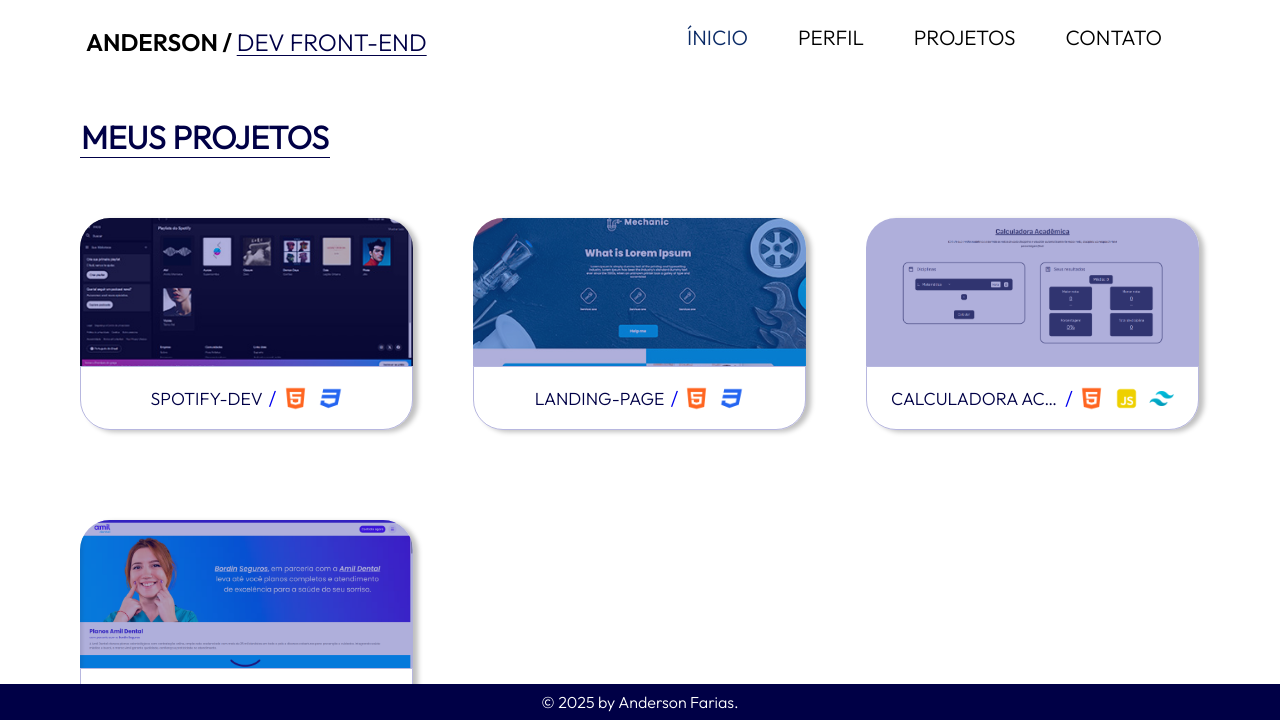
Repository: AndersonGSFarias/Portfolio
Page: html/projects.html
An editor plug-in stored every save of this project. The page is shown before and after a run of saves, followed by the edit.
The browser window is 1280 px wide. The pictures show the whole page.
An inner scrolling area shows only its first screen.

Above is the page before, as saved 2025-09-16 21:25:26.

### html/projects.html
<!DOCTYPE html>
<html lang="pt-BR">
  <head>
    <meta charset="UTF-8" />
    <meta name="viewport" content="width=device-width, initial-scale=1.0" />
    <meta name="keywords" content="html, css, js" />
    <meta name="description" content="Portfolio do desenvolvedor front-end Anderson" />
    <meta name="author" content="Anderson Farias" />
    <title>Portfolio - Projetos</title>
    <link rel="shortcut icon" href="../img/favicon/ag-logo.ico" type="image/x-icon" />
    <link rel="stylesheet" href="../css/reset.css" />
    <link rel="stylesheet" href="../css/projects-page.css" />
  </head>
  <body onload="document.body.classList.add('loaded')">
    <div class="page-reset">
      <!-- Cabecalho -->
      <header>
        <!-- Barra de Navegacao-->
        <nav aria-label="Navegação principal">
          <!-- Titulo -->
          <a class="title" rel="prefetch" href="../index.html">
            <span class="name">Anderson /</span>
            <span class="second-name">Dev Front-End</span>
          </a>
          <!-- Botao de menu-->
          <div class="mobile-menu" role="button" aria-label="Abrir menu" aria-expanded="false" aria-controls="nav-menu">
            <img class="menu-icon" src="../img/icons/hamburguer.png" alt="menu-icon" />
          </div>
          <!-- Lista do Menu-->
          <ul class="nav-list">
            <li class="list-option"><a id="index-option" rel="prefetch" href="../index.html">Ínicio</a></li>
            <li class="list-option"><a href="../index.html#profile-section">Perfil</a></li>
            <li class="list-option">
              <a href="projects.html">Projetos</a>
            </li>
            <li class="list-option">
              <a href="../index.html#contact-section">Contato</a>
            </li>
          </ul>
        </nav>
      </header>
      <main id="galery-projects-page">
        <div id="galery-section" class="galery-container">
          <section aria-label="Titulo da Galeria" class="text-container-galery">
            <div class="text-box">
              <div class="title-box">
                <h1>Meus projetos</h1>
              </div>
              <div class="content-text">
                <p>
                  Conheça meu trabalho! Aqui tem alguns dos meus principais projetos. <br />
                  Fique a vontade para acessar e conhecer cada um deles
                </p>
              </div>
            </div>
          </section>
          <section aria-label="Galeria de projetos" class="galery">
            <a class="galery" rel="noopener noreferrer" target="_blank" href="https://andersongsfarias.github.io/meu-spotify/">
              <article class="project-box">
                <div class="project-top">
                  <img src="../img/projects/spotify-project.jpg" alt="Spotify Dev  - Interface visual" />
                  <div class="overlay"></div>
                </div>
                <div class="project-bottom">
                  <p>Spotify-Dev</p>
                  <span>/</span>
                  <div class="technologys">
                    <img class="technology-used" src="../img/technology-icons/html5.png" alt="Ícone da tecnologia HTML5" />
                    <img class="technology-used" src="../img/technology-icons/css3.png" alt="Ícone da tecnologia CSS3" />
                  </div>
                </div>
              </article>
            </a>
            <a class="galery" rel="noopener noreferrer" target="_blank" href="https://andersongsfarias.github.io/mechanic-page/">
              <article class="project-box">
                <div class="project-top">
                  <img src="../img/projects/mechanic-page-projects.jpg" alt="Landing Page  - Interface visual" />
                  <div class="overlay"></div>
                </div>
                <div class="project-bottom">
                  <p>Landing-Page</p>
                  <span>/</span>
                  <div class="technologys">
                    <img class="technology-used" src="../img/technology-icons/html5.png" alt="Ícone da tecnologia HTML5" />
                    <img class="technology-used" src="../img/technology-icons/css3.png" alt="Ícone da tecnologia CSS3" />
                  </div>
                </div>
              </article>
            </a>
            <a class="galery" rel="noopener noreferrer" target="_blank" href="https://gpa-calculator-tailwind.vercel.app/">
              <article class="project-box">
                <div class="project-top">
                  <img src="../img/projects/gpa-calculator.png" alt="Calculadora de Média Academica" />
                  <div class="overlay"></div>
                </div>
                <div class="project-bottom">
                  <p>Calculadora Academica</p>
                  <span>/</span>
                  <div class="technologys">
                    <img class="technology-used" src="../img/technology-icons/html5.png" alt="Ícone da tecnologia HTML5" />
                    <img class="technology-used" src="../img/technology-icons/javascript.png" alt="Ícone da tecnologia JavaScript" />
                    <img class="technology-used" src="../img/technology-icons/tailwind.png" alt="Ícone da tecnologia TailwindCSS" />
                  </div>
                </div>
              </article>
            </a>

            <a class="galery" rel="noopener noreferrer" target="_blank" href="https://amil-dental-bordin.vercel.app/">
              <article class="project-box">
                <div class="project-top">
                  <img src="../img/projects/amil-dental-bordin-project.png" alt="Amil Dental" />
                  <div class="overlay"></div>
                </div>
                <div class="project-bottom">
                  <p>Amil Dental</p>
                  <span>/</span>
                  <div class="technologys">
                    <img class="technology-used" src="../img/technology-icons/html5.png" alt="Ícone da tecnologia HTML5" />
                    <img class="technology-used" src="../img/technology-icons/javascript.png" alt="Ícone da tecnologia JavaScript" />
                    <img class="technology-used" src="../img/technology-icons/tailwind.png" alt="Ícone da tecnologia TailwindCSS" />
                  </div>
                </div>
              </article>
            </a>
          </section>
        </div>
      </main>
      <!-- Rodapé -->
      <footer class="footer-container">
        <div><a rel="noopener noreferrer" href="https://www.linkedin.com/in/anderson-gabriel-b86b84219/">&copy; 2025 by Anderson Farias.</a></div>
      </footer>
    </div>
    <script src="https://unpkg.com/scrollreveal"></script>
    <script src="../js/script.js"></script>
  </body>
</html>

### css/reset.css
@charset "UTF-8";

/* Reset CSS */
html,
body,
div,
span,
applet,
object,
iframe,
h1,
h2,
h3,
h4,
h5,
h6,
p,
blockquote,
pre,
a,
abbr,
acronym,
address,
big,
cite,
code,
del,
dfn,
em,
img,
ins,
kbd,
q,
s,
samp,
small,
strike,
strong,
sub,
sup,
tt,
var,
b,
u,
i,
center,
dl,
dt,
dd,
ol,
ul,
li,
fieldset,
form,
label,
legend,
table,
caption,
tbody,
tfoot,
thead,
tr,
th,
td,
article,
aside,
canvas,
details,
embed,
figure,
figcaption,
footer,
header,
hgroup,
menu,
nav,
output,
ruby,
section,
summary,
time,
mark,
audio,
video {
  margin: 0;
  padding: 0;
  border: 0;
  font-size: 100%;
  font-family: "Outfit-Light";
  vertical-align: baseline;
}

/* HTML5 display-role reset for older browsers */
article,
aside,
details,
figcaption,
figure,
footer,
header,
hgroup,
menu,
nav,
section {
  display: block;
}

ol,
ul {
  list-style: none;
}

blockquote,
q {
  quotes: none;
}

blockquote:before,
blockquote:after,
q:before,
q:after {
  content: "";
  content: none;
}

table {
  border-collapse: collapse;
  border-spacing: 0;
}

button {
  border: none;
  font-family: "Outfit-Regular";
}

i,
a {
  font-style: normal;
  text-decoration: none;
}

@font-face {
  font-family: "Outfit-Regular";
  src: url(../fonts/outfit/static/Outfit-Regular.ttf) format(truetype);
  font-weight: normal;
  font-style: normal;
}

@font-face {
  font-family: "Outfit";
  src: url(../fonts/outfit/static/Outfit-Regular.ttf) format(truetype);
  font-weight: normal;
  font-style: normal;
}

@font-face {
  font-family: "Outfit-SemiBold";
  src: url(../fonts/outfit/static/Outfit-SemiBold.ttf) format(truetype);
  font-weight: bold;
  font-style: normal;
}

@font-face {
  font-family: "Outfit-Bold";
  src: url(../fonts/outfit/static/Outfit-Bold.ttf) format(truetype);
  font-weight: bold;
  font-style: normal;
}

@font-face {
  font-family: "Outfit-Light";
  src: url(../fonts/outfit/static/Outfit-Light.ttf) format(truetype);
  font-weight: 100;
  font-style: normal;
}

### css/projects-page.css
/* Reset da página */
main {
  flex-grow: 1;
}

.page-reset {
  display: flex;
  flex-direction: column;
  min-height: 100vh;
}

/* Faz com que a barra de scroll só apareça quando necessario */
html,
body {
  overflow-x: auto;
  overflow-y: auto;
  scroll-behavior: smooth;
}

/* Barra de navegação */
header nav {
  display: flex;
  justify-content: space-between;
  align-items: center;
  font-size: 22px;
  margin: 10px 20px;
}
/* Titulo */

header nav .title {
  white-space: normal;
  margin: 10px 0px 0px 10px;
}

.title .name,
.title .second-name {
  display: inline-block;
  text-transform: uppercase;
}

header nav .title .name {
  font-family: "Outfit-SemiBold";
  color: #000000;
}

header nav .title .second-name {
  color: #000046;
  text-decoration: underline 1px;
  text-underline-offset: 4px;
}

/* Conteudo principal */

/* Meu nome no perfil */
.img-box p {
  font-family: "Outfit-SemiBold";
  text-transform: uppercase;
  font-size: clamp(20px, 5vw, 25px);
  color: #000046;
  border-bottom: 1px solid #000046;
}

/* Titulo da caixa de texto */

.title-container h1 {
  font-size: clamp(28px, 5vw, 32px);
  text-transform: uppercase;
  color: #000046;
}
/* Efeito de digitacao */
#text-typing {
  white-space: nowrap;
  display: inline-block;
  border-right: 1px solid #000046;
  overflow: hidden;

  width: 0ch;
  animation: mark 0.7s step-end infinite, write 10s steps(11, end) infinite;
}

@keyframes mark {
  50% {
    border-right-color: transparent;
  }
}

@keyframes write {
  20% {
    width: 9.5ch;
  }
  80% {
    width: 9.5ch;
  }

  85% {
    width: 0;
  }

  115% {
    width: 9.5ch;
  }
}
/* Conteudo da caixa de texto */
.projects-btn-container a {
  text-transform: uppercase;
  color: #000;
}
/* Contatos */
.contact-box a {
  color: #000;
}

@media (min-width: 1024px) {
  /* Faz com que certos elementos do mobile não apareçam no desktop */
  header nav .mobile-menu,
  .content-container .about-me-container #projects-btn-container-mobile,
  .content-container .about-me-container .about-me .text-container #text-mobile,
  #cv-btn-container-mobile,
  .text-mobile,
  .content-text {
    display: none;
  }

  /* Cabecalho */
  header nav {
    margin: 17px 118px 0px 76px;
  }
  header nav .nav-list {
    display: flex;
    justify-content: space-between;
    width: 475px;
  }

  .name,
  .second-name {
    font-size: 1.5rem;
  }
  .list-option a {
    position: relative;
    display: inline-block;
    text-transform: uppercase;
    font-size: 1.3rem;
    color: #000;
    transition: transform 0.4s ease;
  }

  .list-option a:hover {
    transform: scale(1.2);
  }

  .list-option a::after {
    content: "";
    position: absolute;
    bottom: 0;
    left: 0;
    width: 0%;
    height: 1px;
    background-color: #000;
    transition: width 0.3s ease;
  }

  #index-option::after {
    background-color: #0b2b67;
  }

  .list-option a:hover::after {
    width: 100%;
  }

  #index-option {
    color: #0b2b67;
  }

  .name,
  .second-name {
    font-size: 1.5rem;
  }

  /* Conteudo principal */
  /* Ajuste da altura da página de projetos */
  #galery-projects-page {
    height: calc(100vh - 93px);
  }

  .galery-container {
    display: flex;
    flex-direction: column;
    margin: 0px 5rem 10rem 5rem;
  }

  .title-box {
    border-bottom: #000046 1px solid;
    margin-bottom: 20px;
    width: 250px;
    text-align: center;
    margin: 60px 0px;
  }

  .title-box h1 {
    font-family: "Outfit-Light";
    font-size: 2rem;
    text-transform: uppercase;
    color: #000046;
  }
  /* Projetos da galeria */
  .galery {
    width: 100%;
    display: grid;
    grid-template-columns: repeat(auto-fit, 333px);
    gap: 60px 60px;
    /* justify-content: center; Alinha o elemento no meio depois que tiver mais conteudo */
    margin-bottom: 30px;
  }

  .project-box {
    width: 100%;
    height: 100%;
    border-radius: 30px;
    box-shadow: 5px 2px 5px hsla(0, 0%, 0%, 0.25);
    transition: transform 0.4s ease;
  }

  .project-box:hover {
    transform: scale(1.1);
  }

  .project-top {
    position: relative;
    height: 148px;
  }

  .project-top img {
    width: 100%;
    height: 100%;
    object-fit: cover;
    display: block;
    border-radius: 30px 30px 0px 0px;
  }

  .overlay {
    position: absolute;
    top: 0;
    left: 0;
    width: 100%;
    height: 100%;
    background-color: rgba(19, 19, 149, 0.336);
    pointer-events: none;
    border-radius: 30px 30px 0px 0px;
  }

  .project-bottom {
    display: flex;
    justify-content: center;
    align-items: center;
    height: 62px;
    border: 1px solid rgba(19, 19, 149, 0.3);
    border-radius: 0px 0px 30px 30px;
  }

  .project-bottom p {
    text-transform: uppercase;
    color: #000046;
    font-size: 1.1rem;
    font-family: "Outfit-Light";

    white-space: nowrap;
    overflow: hidden;
    text-overflow: ellipsis;
    min-width: 0;
    text-align: center;
    padding-left: 1.5rem;
  }

  .project-bottom span {
    margin: 0px 6px;
    font-size: 1.3rem;
  }

  .technologys {
    display: flex;
    gap: 10px;
    padding-right: 1.5rem;
  }
  .technology-used {
    width: 25px;
  }

  .more-projects {
    display: flex;
    justify-content: end;
    margin: 16px 0px 40px 0px;
  }

  .more-projects a {
    font-family: "Outfit-Regular";
    color: #000046;
    font-size: 1.3rem;
    letter-spacing: 1;
    transition: transform 0.3s ease;
    border-bottom: #000046 1px solid;
  }
  .more-projects a:hover {
    transform: scale(1.2);
  }

  /* Rodapé */
  .footer-container {
    height: 36px;
    background-color: #000046;
    display: flex;
    justify-content: center;
    align-items: center;
    width: 100%;
  }
  .footer-container a {
    color: #fff;
    font-family: "Outfit-Light";
    margin: 0px 20px;
  }
}

/* Mobile */
@media (max-width: 1023px) {
  /* Reset da página mobile */
  html,
  body {
    overflow-x: hidden;
  }
  header {
    z-index: 1000; /* para ficar acima dos outros elementos */
  }

  .content-container {
    background-image: url(../../img/backgrund-mobile.png);
    background-size: cover;
  }
  .projects-btn-container-desktop,
  #text-desktop,
  .contacts-container-desktop,
  .rede-social-icon-box p {
    display: none; /* Faz com que certos elementos do desktop não apareçam no mobile */
  }

  .name,
  .second-name {
    font-size: 1.5rem;
  }

  .mobile-menu {
    display: flex;
    justify-items: center;
    align-content: center;
  }

  .menu-icon {
    color: #ffffff;
    width: 35px;
    padding: 10px;
    transition: transform 0.3s ease;
  }

  .menu-icon:hover {
    cursor: pointer;
  }

  .nav-list {
    position: absolute;
    top: 8.5vh;
    right: 0;
    width: 25vh;
    height: 30vh;
    background-color: rgb(0, 0, 70);
    flex-direction: column;
    align-items: center;
    justify-content: space-around;
    border-radius: 10px;
    overflow: hidden;
    max-width: 0;
    padding: 0;
    border: none;
    transition: max-width 0.3s ease, padding 0.3s ease;
  }

  .nav-list.active {
    display: flex;
    max-width: 30vh;
    margin-right: 3vh;
  }

  .nav-list li {
    display: flex;
    margin: 0px;
    opacity: 0;
  }
  .nav-list a {
    font-family: "Outfit-Regular";
    text-transform: uppercase;
    color: #ffffff;
    font-size: 0.9rem;
  }

  @keyframes navLinkFade {
    from {
      opacity: 0;
      transform: translateX(50px);
    }
    to {
      opacity: 1;
      transform: translateX(0px);
    }
  }

  .mobile-menu.active .menu-icon {
    transform: rotate(90deg);
    transition: transform 0.3s ease;
  }

  /* Galeria de projetos */
  #galery-projects-page {
    height: auto;
  }

  .galery-container {
    display: flex;
    justify-content: center;
    flex-direction: column;
    align-items: center;
    width: 100%;
  }

  /* Titulo e texto */
  .text-container-galery {
    width: 88%;
    height: 193px;
    margin-top: 30px;
  }
  .text-box {
    display: flex;
    flex-direction: column;
    align-items: center;
    width: 100%;
  }

  .title-box {
    border-bottom: #000046 1px solid;
    margin-bottom: 20px;
  }
  .title-box h1 {
    font-family: "Outfit-Light";
    font-size: 2rem;
    text-transform: uppercase;
    color: #000046;
  }
  .content-text {
    width: 350px;
  }

  .content-text p {
    font-family: "Outfit-Light";
    font-size: 1.1rem;
    margin: 0px 20px;
    text-align: center;
  }

  /* Projetos da galeria */

  .galery {
    width: 100%;
    display: grid;
    grid-template-columns: repeat(auto-fit, 333px);
    gap: 60px 60px;
    justify-content: center;
  }

  .project-box {
    width: 100%;
    height: 210px;
    border-radius: 30px;
    box-shadow: 5px 2px 5px hsla(0, 0%, 0%, 0.25);
  }

  .project-top {
    position: relative;
    height: 148px;
  }

  .project-top img {
    width: 100%;
    height: 100%;
    object-fit: cover;
    display: block;
    border-radius: 30px 30px 0px 0px;
  }

  .overlay {
    position: absolute;
    top: 0;
    left: 0;
    width: 100%;
    height: 100%;
    background-color: rgba(19, 19, 149, 0.336);
    pointer-events: none;
    border-radius: 30px 30px 0px 0px;
  }

  .project-bottom {
    display: flex;
    justify-content: center;
    align-items: center;
    height: 62px;
    border: 1px solid rgba(19, 19, 149, 0.3);
    border-radius: 0px 0px 30px 30px;
  }

  .project-bottom p,
  .project-bottom span {
    text-transform: uppercase;
    color: #000046;
    font-family: "Outfit-Light";
  }

  .project-bottom p {
    white-space: nowrap;
    overflow: hidden;
    text-overflow: ellipsis;
    min-width: 0;
    text-align: center;
    padding-left: 1.5rem;
  }

  .project-bottom span {
    margin: 0px 6px;
    font-size: 1.3rem;
  }

  .technologys {
    display: flex;
    gap: 10px;
    padding-right: 1.5rem;
  }
  .technology-used {
    width: 25px;
  }

  /* Ancora de ver mais */
  .more-projects {
    display: flex;
    justify-content: center;
    margin-bottom: 40px;
    border-bottom: #000046 1px solid;
    transition: transform 0.3s ease;
  }

  .more-projects:hover {
    transform: scale(1.2);
  }

  .more-projects a {
    font-family: "Outfit-Regular";
    color: #000046;
    font-size: 1.3rem;
    letter-spacing: 1;
  }
  /* Rodapé */
  .footer-container {
    display: flex;
    justify-content: space-around;
    align-items: center;
    width: 100%;
    height: 56px;
    background-color: #000046;
    margin-top: 60px;
  }
  .footer-container a {
    color: #fff;
    font-family: "Outfit-Light";
  }
}

Loaded but not shown: js/script.js (308 lines, source omitted)

After the next 3 saves:
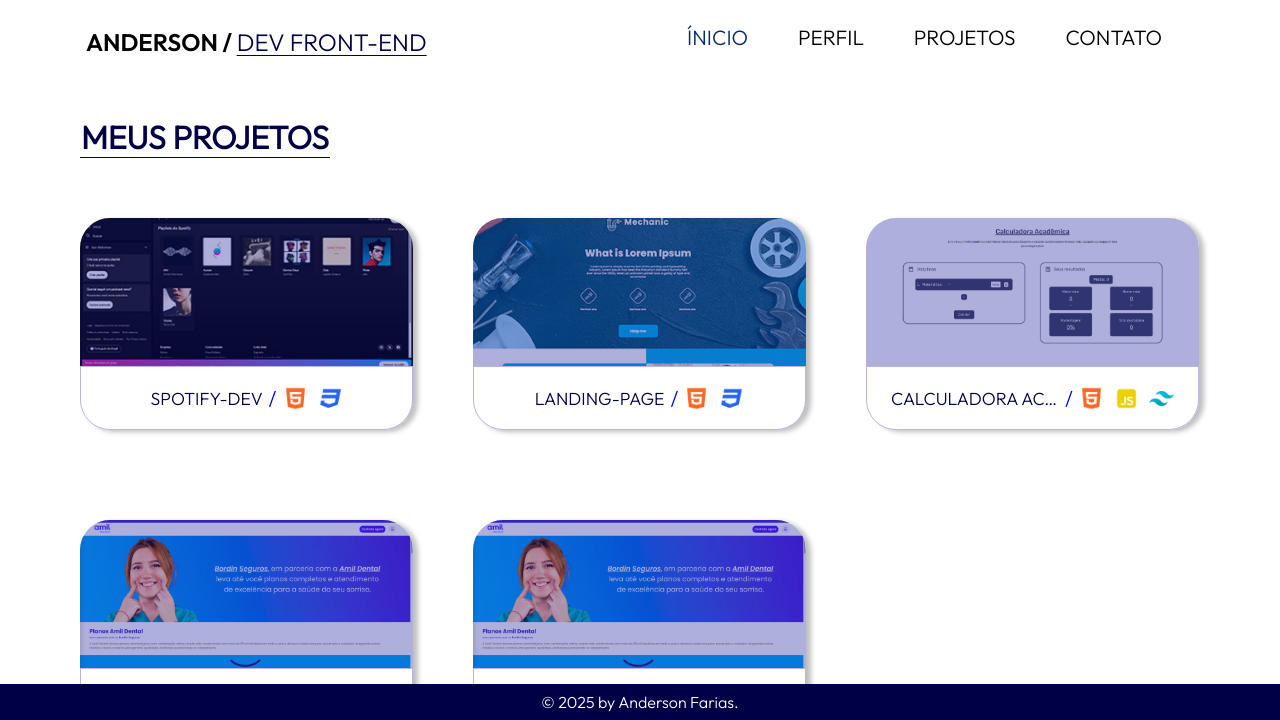
The 3 saves are shown as one change because they came seconds apart.
The last was saved 10 s later.
--- a/html/projects.html
+++ b/html/projects.html
@@ -122,6 +122,24 @@
                 </div>
               </article>
             </a>
+
+            <a class="galery" rel="noopener noreferrer" target="_blank" href="https://amil-dental-bordin.vercel.app/">
+              <article class="project-box">
+                <div class="project-top">
+                  <img src="../img/projects/amil-dental-bordin-project.png" alt="Amil Dental" />
+                  <div class="overlay"></div>
+                </div>
+                <div class="project-bottom">
+                  <p>Amil Dental</p>
+                  <span>/</span>
+                  <div class="technologys">
+                    <img class="technology-used" src="../img/technology-icons/html5.png" alt="Ícone da tecnologia HTML5" />
+                    <img class="technology-used" src="../img/technology-icons/javascript.png" alt="Ícone da tecnologia JavaScript" />
+                    <img class="technology-used" src="../img/technology-icons/tailwind.png" alt="Ícone da tecnologia TailwindCSS" />
+                  </div>
+                </div>
+              </article>
+            </a>
           </section>
         </div>
       </main>

After the save that followed:
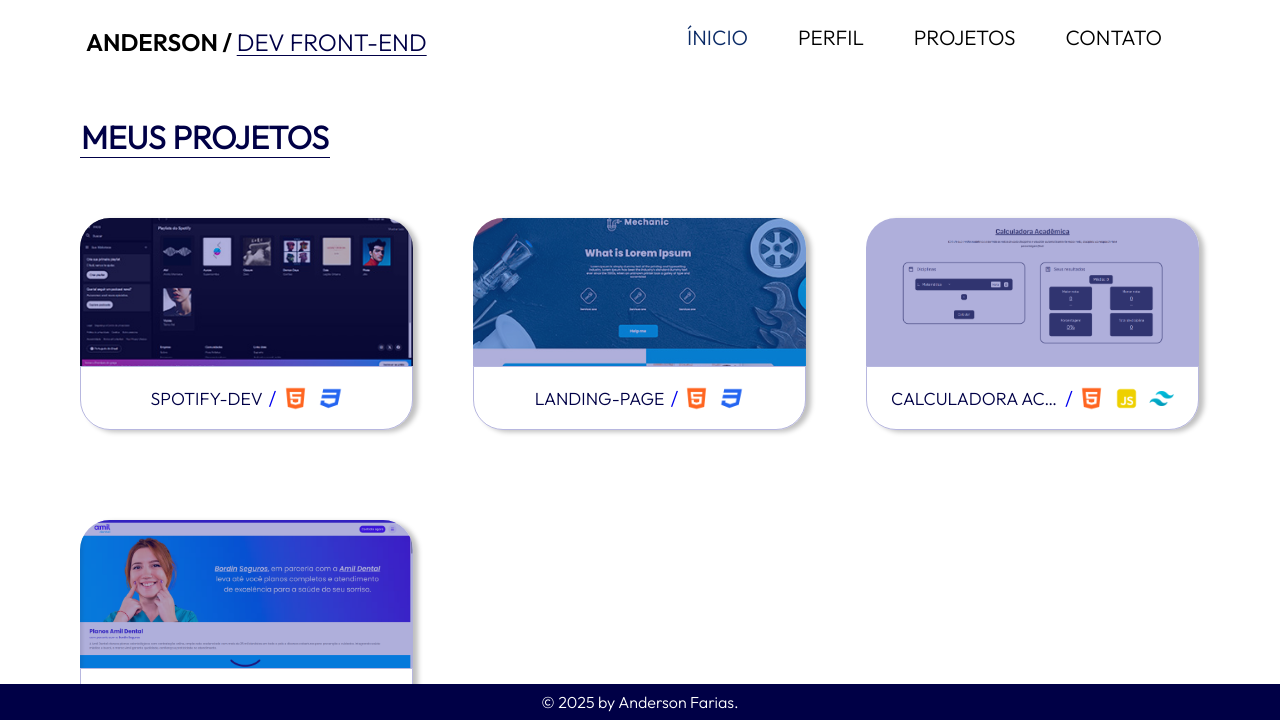
Saved 61 s later.
--- a/html/projects.html
+++ b/html/projects.html
@@ -122,24 +122,6 @@
                 </div>
               </article>
             </a>
-
-            <a class="galery" rel="noopener noreferrer" target="_blank" href="https://amil-dental-bordin.vercel.app/">
-              <article class="project-box">
-                <div class="project-top">
-                  <img src="../img/projects/amil-dental-bordin-project.png" alt="Amil Dental" />
-                  <div class="overlay"></div>
-                </div>
-                <div class="project-bottom">
-                  <p>Amil Dental</p>
-                  <span>/</span>
-                  <div class="technologys">
-                    <img class="technology-used" src="../img/technology-icons/html5.png" alt="Ícone da tecnologia HTML5" />
-                    <img class="technology-used" src="../img/technology-icons/javascript.png" alt="Ícone da tecnologia JavaScript" />
-                    <img class="technology-used" src="../img/technology-icons/tailwind.png" alt="Ícone da tecnologia TailwindCSS" />
-                  </div>
-                </div>
-              </article>
-            </a>
           </section>
         </div>
       </main>
